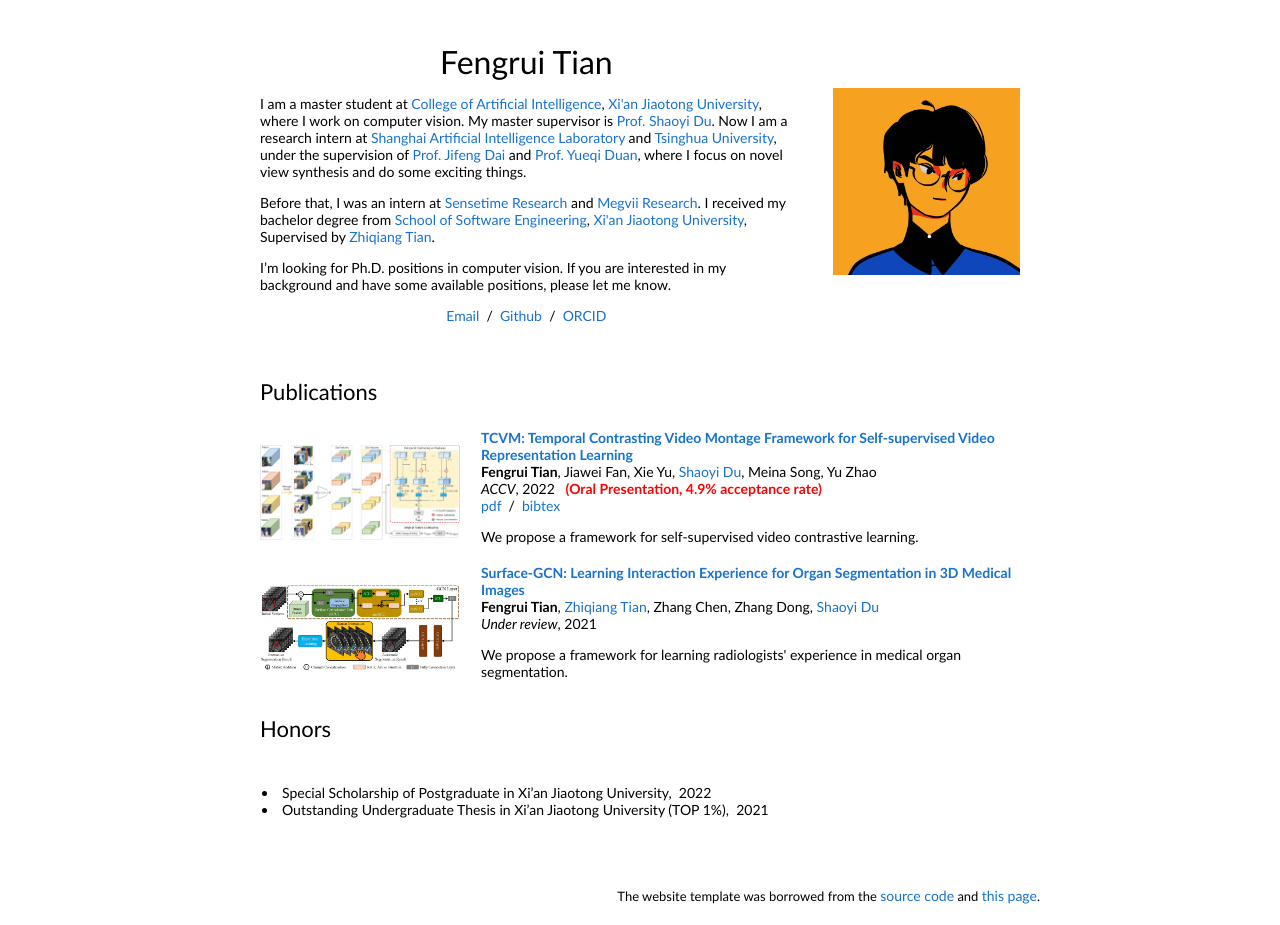
Repository: tianfr/tianfr.github.io
Page: index.html
An editor plug-in stored every save of this project. The page is shown before and after the next save, followed by the edit.
The browser window is 1280 px wide. The pictures show the whole page.

Above is the page before, as saved 2022-11-20 16:18:15.

### index.html
<!DOCTYPE HTML>
<html lang="en"><head><meta http-equiv="Content-Type" content="text/html; charset=UTF-8">

  <title>Fengrui Tian </title>

  <meta name="author" content="Fengrui Tian">
  <meta name="viewport" content="width=device-width, initial-scale=1">

  <link rel="stylesheet" type="text/css" href="stylesheet.css">
	<link rel="icon" href="data:[embedded picture, 141 characters]">
</head>

<body>
  <table style="width:100%;max-width:800px;border:0px;border-spacing:0px;border-collapse:separate;margin-right:auto;margin-left:auto;"><tbody>
    <tr style="padding:0px">
      <td style="padding:0px">
        <table style="width:100%;border:0px;border-spacing:0px;border-collapse:separate;margin-right:auto;margin-left:auto;"><tbody>
          <tr style="padding:0px">
            <td style="padding:2.5%;width:63%;vertical-align:middle">
              <p style="text-align:center">
                <name>
                  Fengrui Tian
                  <!-- <font face="KaiTi" size="6">田丰瑞</font> -->
                </name>
              </p>
              <p>I am a master student at <a href="http://iair.xjtu.edu.cn/">College of Artificial Intelligence</a>, <a href="http://www.xjtu.edu.cn/">Xi'an Jiaotong University</a>, where I work on computer vision. My master supervisor is <a href="https://gr.xjtu.edu.cn/en/web/dushaoyi/home">Prof. Shaoyi Du</a>. Now I am a research intern at <a href="https://www.shlab.org.cn/">Shanghai Artificial Intelligence Laboratory</a> and <a href="https://www.tsinghua.edu.cn/">Tsinghua University</a>, under the supervision of <a href="https://jifengdai.org/">Prof. Jifeng Dai</a> and  <a href="https://duanyueqi.github.io/">Prof. Yueqi Duan</a>, where I focus on novel view synthesis and do some exciting things.
              </p>
              <p> Before that, I was an intern at <a href="https://www.sensetime.com/">Sensetime Research</a> and
                <a href="https://www.megvii.com/">Megvii Research</a>. I received my bachelor degree from  <a href="https://blog.google/products/google-ar-vr/introducing-next-generation-jump/">School of Software Engineering</a>, <a href="http://www.xjtu.edu.cn/">Xi'an Jiaotong University</a>, Supervised by <a href="https://gr.xjtu.edu.cn/en/web/zhiqiangtian/home">Zhiqiang Tian</a>.
              </p>
              <p>  I’m looking for Ph.D. positions in computer vision. If you are interested in my background and have some available positions, please let me know.
              </p>
              <p style="text-align:center">
                <a href="mailto:tianfr@stu.xjtu.edu.cn">Email</a> &nbsp/&nbsp
                <!-- <a href="data/JonBarron-CV.pdf">CV</a> &nbsp/&nbsp -->
                <!-- <a href="data/JonBarron-bio.txt">Bio</a> &nbsp/&nbsp -->
                <!-- <a href="https://scholar.google.com/citations?hl=en&user=jktWnL8AAAAJ">Google Scholar</a> &nbsp/&nbsp -->
                <!-- <a href="https://twitter.com/jon_barron">Twitter</a> &nbsp/&nbsp -->
                <a href="https://github.com/tianfr/">Github</a> &nbsp/&nbsp
                <a href="https://orcid.org/0000-0002-9577-5276">ORCID</a>
              </p>
            </td>
            <td style="padding:2.5%;width:25%;max-width:25%">
              <a href="images/Fengrui_Tian_avatar.jpg"><img style="width:100%;max-width:100%" alt="profile photo" src="images/Fengrui_Tian_avatar.jpg" class="hoverZoomLink"></a>
            </td>
          </tr>
        <!-- </tbody></table>
        <table style="width:100%;border:0px;border-spacing:0px;border-collapse:separate;margin-right:auto;margin-left:auto;"><tbody>
            <tr>
            <td style="padding:20px;width:100%;vertical-align:middle">
              <heading>Research</heading>
              <p>
                I'm interested in computer vision, machine learning, optimization, and image processing. Much of my research is about inferring the physical world (shape, motion, color, light, etc) from images. Representative papers are <span class="highlight">highlighted</span>.
              </p>
            </td>
          </tr>
        </tbody></table> -->
        <table width="100%" align="center" border="0" cellspacing="0" cellpadding="20"><tbody>
          <tr>
            <td>
              <heading>Publications</heading>
            </td>
          </tr>
        </tbody></table>
        <table style="width:100%;border:0px;border-spacing:0px;border-collapse:separate;margin-right:auto;margin-left:auto;"><tbody>

          <tr onmouseout="dreamfusion_stop()" onmouseover="dreamfusion_start()">
            <td style="padding:20px;width:25%;vertical-align:middle">
              <img src="images/tcvm_overview.jpg" alt="prl" width="200" height="95">
            </td>
            <!-- <td style="padding:20px;width:25%;vertical-align:middle">
              <div class="one">
                <div class="two" id='dreamfusion_image'><video  width=100% height=100% muted autoplay loop>
                <source src="images/dreamfusion.mp4" type="video/mp4">
                Your browser does not support the video tag.
                </video></div>
                <img src='images/tcvm_overview.jpg' width="160">
              </div>
              <script type="text/javascript">
                function dreamfusion_start() {
                  document.getElementById('dreamfusion_image').style.opacity = "1";
                }

                function dreamfusion_stop() {
                  document.getElementById('dreamfusion_image').style.opacity = "0";
                }
                dreamfusion_stop()
              </script>
            </td> -->
            <!-- <td style="padding:20px;width:75%;vertical-align:middle"> -->
            <td width="75%" valign="middle">
              <a href="paper/22accv_tcvm.pdf">
                <papertitle>TCVM: Temporal Contrasting Video Montage Framework for Self-supervised Video Representation Learning</papertitle>
              </a>
              <br>
              <strong>Fengrui Tian</strong>,
              Jiawei Fan,
              Xie Yu,
              <a href="https://gr.xjtu.edu.cn/en/web/dushaoyi/home">Shaoyi Du</a>,
              Meina Song,
              Yu Zhao
              <br>
              <em>ACCV</em>, 2022 &nbsp <font color="red"><strong>(Oral Presentation, 4.9% acceptance rate)</strong></font>
              <br>
              <a href="paper/22accv_tcvm.pdf">pdf</a>  &nbsp/&nbsp
              <a href="data/accv22TCVM.bib">bibtex</a>
              <p></p>
              <p>
              We propose a framework for self-supervised video contrastive learning.
              </p>
            </td>
          </tr>


          <tr>
            <td style="padding:20px;width:25%;vertical-align:middle">
              <img src="images/surfacegcn.jpg" alt="prl" width="200" height="85">
            </td>
            <td width="75%" valign="middle">
              <a href="">
                <papertitle>Surface-GCN: Learning Interaction Experience for Organ Segmentation in 3D Medical Images</papertitle>
              </a>
              <br>
              <strong>Fengrui Tian</strong>,
              <a href="https://gr.xjtu.edu.cn/en/web/zhiqiangtian/home">Zhiqiang Tian</a>,
              Zhang Chen,
              Zhang Dong,
              <a href="https://gr.xjtu.edu.cn/en/web/dushaoyi/home">Shaoyi Du</a>
              <br>
              <em>Under review</em>, 2021
              <br>
              <!-- <a href="data/BarronPRL2009.bib">bibtex</a> -->
              <p>We propose a framework for learning radiologists' experience in medical organ segmentation.</p>
            </td>
          </tr>

        </tbody></table>


        <table width="100%" align="center" border="0" cellspacing="0" cellpadding="20"><tbody>
          <tr>
            <td>
              <heading>Honors</heading>
            </td>
          </tr>
        </tbody></table>
        <table width="100%" align="center" border="0" cellpadding="20"><tbody>
          <tr>
            <td style="padding:20px;width:100%;vertical-align:middle">
              <li>Special Scholarship of Postgraduate in Xi’an Jiaotong University,&nbsp; 2022 </li>
              <li>Outstanding Undergraduate Thesis in Xi’an Jiaotong University (TOP 1%),&nbsp; 2021 </li> <br>
          </td>

          </tr>


        </tbody></table>
        <table style="width:100%;border:0px;border-spacing:0px;border-collapse:separate;margin-right:auto;margin-left:auto;"><tbody>
          <tr>
            <td style="padding:0px">
              <br>
              <p style="text-align:right;font-size:small;">
                The website template was borrowed from the <a href="https://github.com/jonbarron/website">source code</a> and <a href="https://jonbarron.info/"> this page</a>.
              </p>
            </td>
          </tr>
        </tbody></table>
      </td>
    </tr>
  </table>
</body>

</html>

### stylesheet.css
/* latin-ext */
@font-face {
  font-family: 'Lato';
  font-style: italic;
  font-weight: 400;
  src: local('Lato Italic'), local('Lato-Italic'), url(https://fonts.gstatic.com/s/lato/v15/S6u8w4BMUTPHjxsAUi-qNiXg7eU0.woff2) format('woff2');
  unicode-range: U+0100-024F, U+0259, U+1E00-1EFF, U+2020, U+20A0-20AB, U+20AD-20CF, U+2113, U+2C60-2C7F, U+A720-A7FF;
}
/* latin */
@font-face {
  font-family: 'Lato';
  font-style: italic;
  font-weight: 400;
  src: local('Lato Italic'), local('Lato-Italic'), url(https://fonts.gstatic.com/s/lato/v15/S6u8w4BMUTPHjxsAXC-qNiXg7Q.woff2) format('woff2');
  unicode-range: U+0000-00FF, U+0131, U+0152-0153, U+02BB-02BC, U+02C6, U+02DA, U+02DC, U+2000-206F, U+2074, U+20AC, U+2122, U+2191, U+2193, U+2212, U+2215, U+FEFF, U+FFFD;
}
/* latin-ext */
@font-face {
  font-family: 'Lato';
  font-style: italic;
  font-weight: 700;
  src: local('Lato Bold Italic'), local('Lato-BoldItalic'), url(https://fonts.gstatic.com/s/lato/v15/S6u_w4BMUTPHjxsI5wq_FQftx9897sxZ.woff2) format('woff2');
  unicode-range: U+0100-024F, U+0259, U+1E00-1EFF, U+2020, U+20A0-20AB, U+20AD-20CF, U+2113, U+2C60-2C7F, U+A720-A7FF;
}
/* latin */
@font-face {
  font-family: 'Lato';
  font-style: italic;
  font-weight: 700;
  src: local('Lato Bold Italic'), local('Lato-BoldItalic'), url(https://fonts.gstatic.com/s/lato/v15/S6u_w4BMUTPHjxsI5wq_Gwftx9897g.woff2) format('woff2');
  unicode-range: U+0000-00FF, U+0131, U+0152-0153, U+02BB-02BC, U+02C6, U+02DA, U+02DC, U+2000-206F, U+2074, U+20AC, U+2122, U+2191, U+2193, U+2212, U+2215, U+FEFF, U+FFFD;
}
/* latin-ext */
@font-face {
  font-family: 'Lato';
  font-style: normal;
  font-weight: 400;
  src: local('Lato Regular'), local('Lato-Regular'), url(https://fonts.gstatic.com/s/lato/v15/S6uyw4BMUTPHjxAwXiWtFCfQ7A.woff2) format('woff2');
  unicode-range: U+0100-024F, U+0259, U+1E00-1EFF, U+2020, U+20A0-20AB, U+20AD-20CF, U+2113, U+2C60-2C7F, U+A720-A7FF;
}
/* latin */
@font-face {
  font-family: 'Lato';
  font-style: normal;
  font-weight: 400;
  src: local('Lato Regular'), local('Lato-Regular'), url(https://fonts.gstatic.com/s/lato/v15/S6uyw4BMUTPHjx4wXiWtFCc.woff2) format('woff2');
  unicode-range: U+0000-00FF, U+0131, U+0152-0153, U+02BB-02BC, U+02C6, U+02DA, U+02DC, U+2000-206F, U+2074, U+20AC, U+2122, U+2191, U+2193, U+2212, U+2215, U+FEFF, U+FFFD;
}
/* latin-ext */
@font-face {
  font-family: 'Lato';
  font-style: normal;
  font-weight: 700;
  src: local('Lato Bold'), local('Lato-Bold'), url(https://fonts.gstatic.com/s/lato/v15/S6u9w4BMUTPHh6UVSwaPGQ3q5d0N7w.woff2) format('woff2');
  unicode-range: U+0100-024F, U+0259, U+1E00-1EFF, U+2020, U+20A0-20AB, U+20AD-20CF, U+2113, U+2C60-2C7F, U+A720-A7FF;
}
/* latin */
@font-face {
  font-family: 'Lato';
  font-style: normal;
  font-weight: 700;
  src: local('Lato Bold'), local('Lato-Bold'), url(https://fonts.gstatic.com/s/lato/v15/S6u9w4BMUTPHh6UVSwiPGQ3q5d0.woff2) format('woff2');
  unicode-range: U+0000-00FF, U+0131, U+0152-0153, U+02BB-02BC, U+02C6, U+02DA, U+02DC, U+2000-206F, U+2074, U+20AC, U+2122, U+2191, U+2193, U+2212, U+2215, U+FEFF, U+FFFD;
}

a {
  color: #1772d0;
  text-decoration: none;
}

a:focus,
a:hover {
  color: #f09228;
  text-decoration: none;
}

body,
td,
th,
tr,
p,
a {
  font-family: 'Lato', Verdana, Helvetica, sans-serif;
  font-size: 14px
}

strong {
  font-family: 'Lato', Verdana, Helvetica, sans-serif;
  font-size: 14px;
}

heading {
  font-family: 'Lato', Verdana, Helvetica, sans-serif;
  font-size: 22px;
}

papertitle {
  font-family: 'Lato', Verdana, Helvetica, sans-serif;
  font-size: 14px;
  font-weight: 700
}

name {
  font-family: 'Lato', Verdana, Helvetica, sans-serif;
  font-size: 32px;
}

.one {
  width: 160px;
  height: 160px;
  position: relative;
}

.two {
  width: 160px;
  height: 160px;
  position: absolute;
  transition: opacity .2s ease-in-out;
  -moz-transition: opacity .2s ease-in-out;
  -webkit-transition: opacity .2s ease-in-out;
}

.fade {
  transition: opacity .2s ease-in-out;
  -moz-transition: opacity .2s ease-in-out;
  -webkit-transition: opacity .2s ease-in-out;
}

span.highlight {
  background-color: #ffffd0;
}

After the next save:
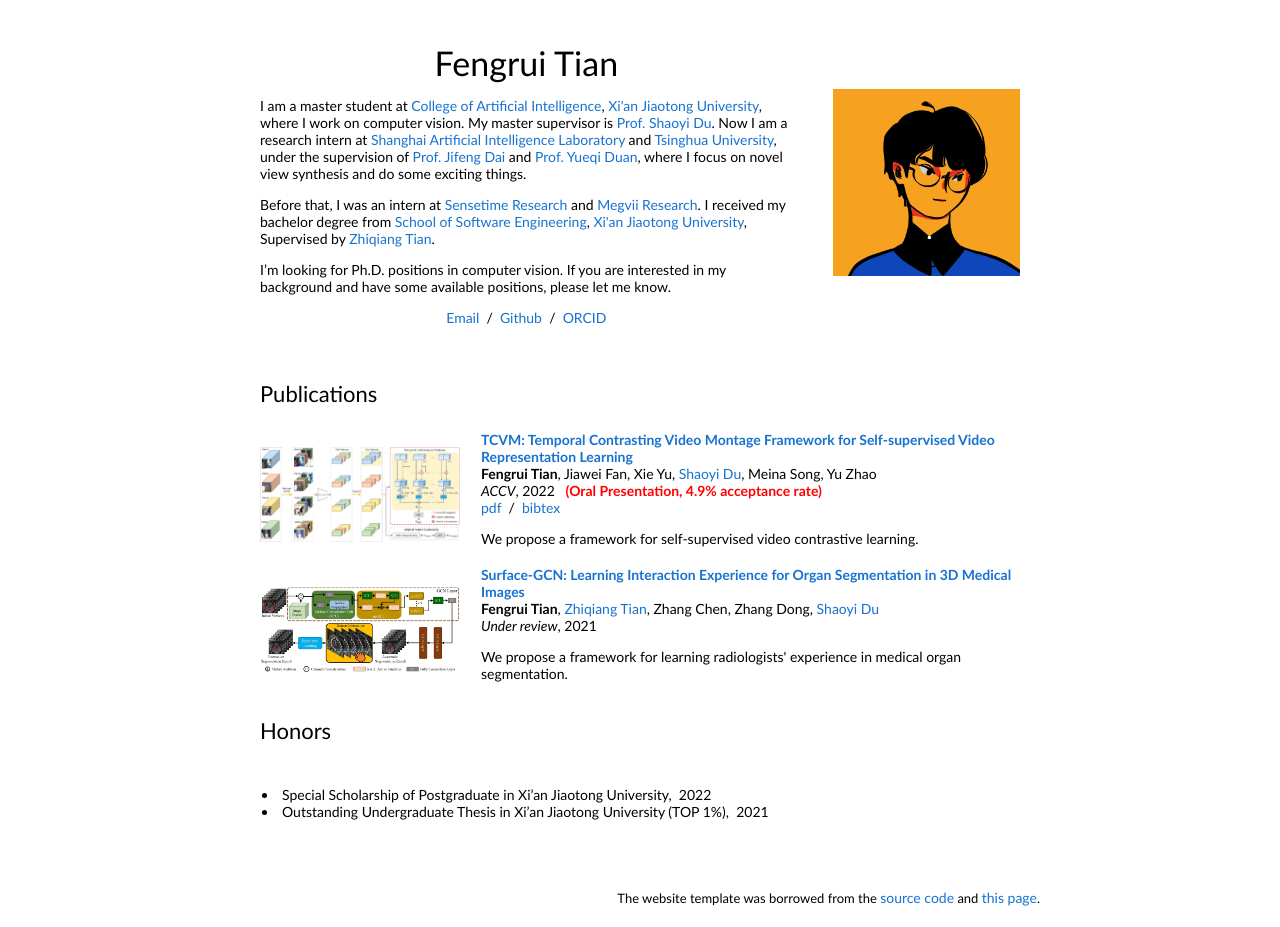
Saved 17 s later.
--- a/stylesheet.css
+++ b/stylesheet.css
@@ -102,7 +102,7 @@
 
 name {
   font-family: 'Lato', Verdana, Helvetica, sans-serif;
-  font-size: 32px;
+  font-size: 34px;
 }
 
 .one {
